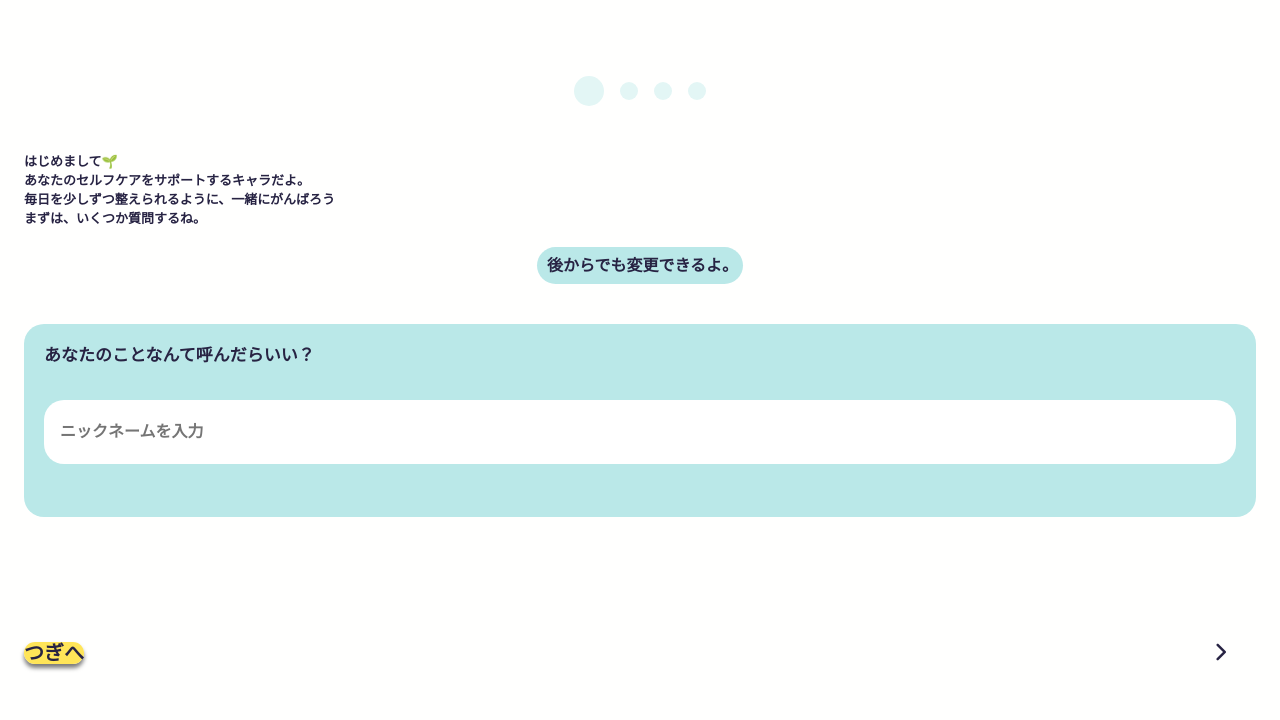
Repository: misaki0919/Self-care
Page: name.html
An editor plug-in stored every save of this project. The page is shown before and after a run of saves, followed by the edit.
The browser window is 1280 px wide. The pictures show the whole page.
Some web fonts or font styles are not loaded; a fallback is used.

Above is the page before, as saved 2026-07-16 18:06:28.

After the next 2 saves:
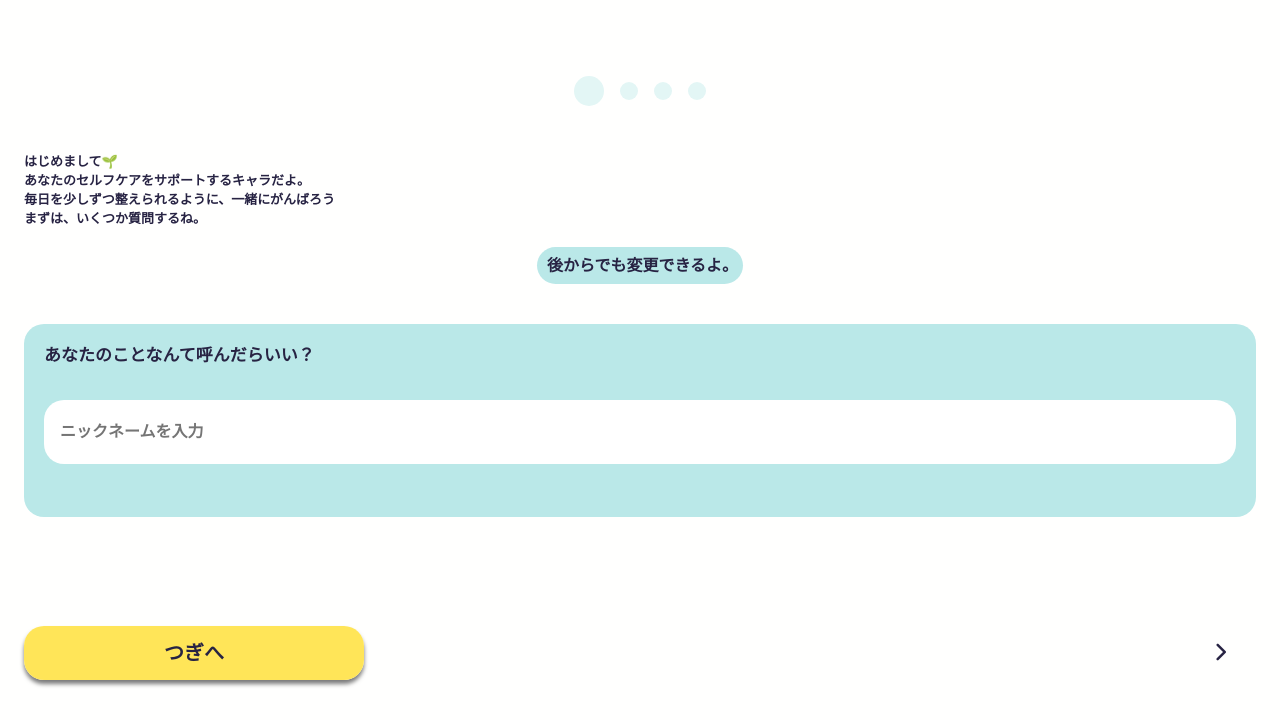
The 2 saves are shown as one change because they came seconds apart.
The last was saved 12 s later.
--- a/css/name.css
+++ b/css/name.css
@@ -80,7 +80,7 @@ body{
     font-size: 20px;
     background-color: #FFE558;
     border-radius: 20px;
-    padding: 16px auto;
+    padding: 16px 140px;
     text-align: center;
     margin-top: 60px;
     text-decoration: none;
